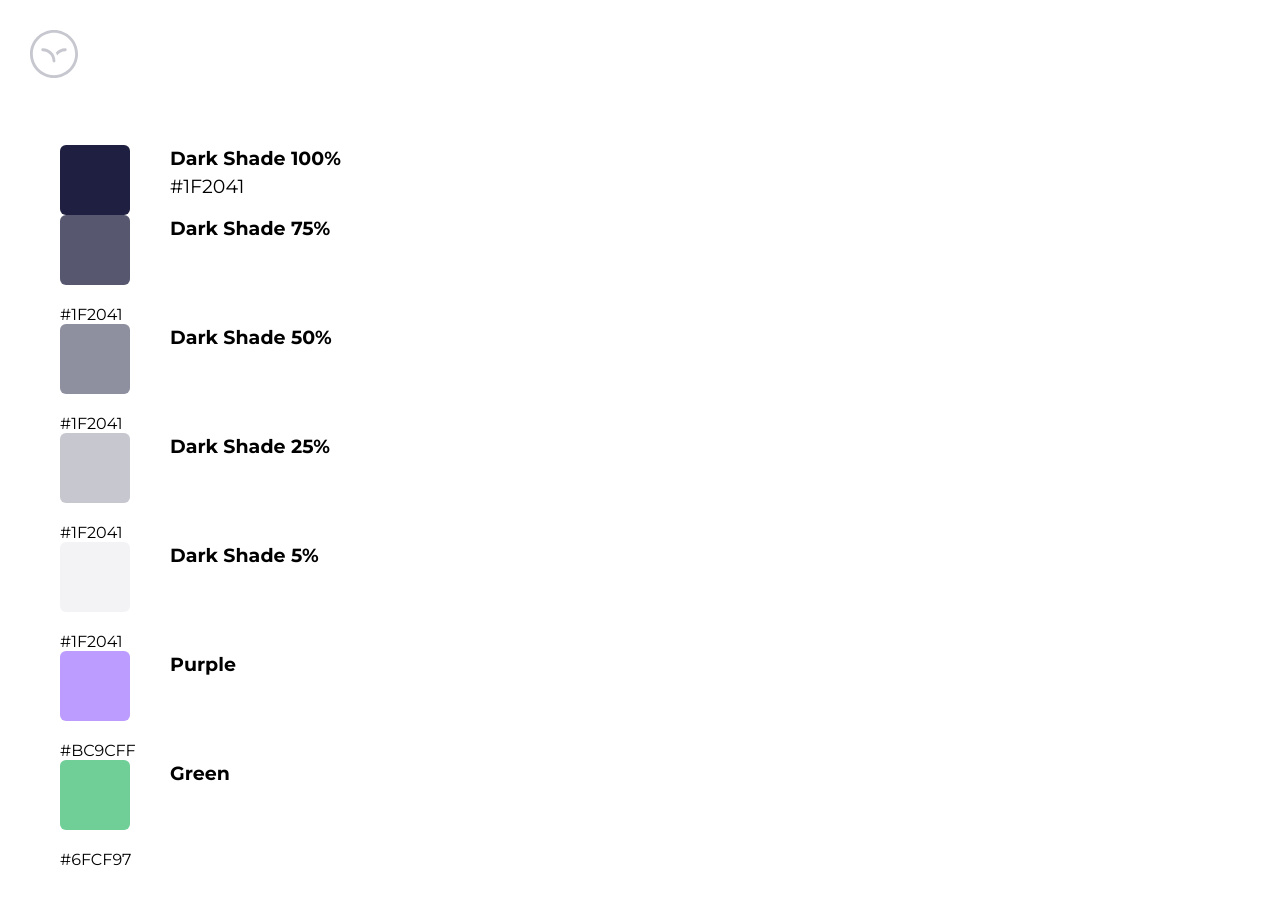
Repository: Inzhir2022/quatrain
Page: ui/index.html
These files come from the project's save history. The page is drawn as it stood at one moment and after the next save; the edit follows.
The browser window is 1280 px wide. The pictures show the whole page.

Above is the page before, as saved 2022-07-23 09:43:05.

After the next save:
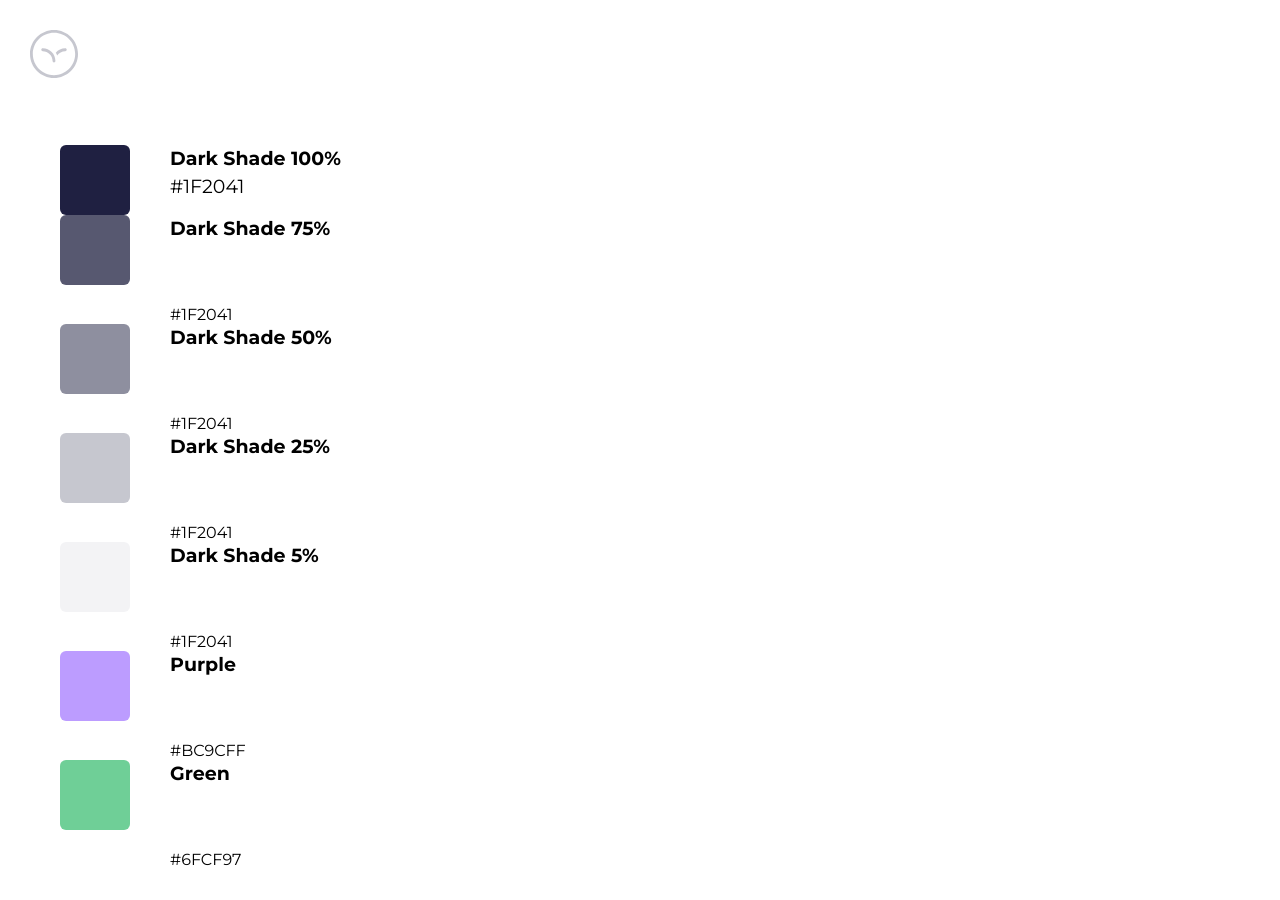
Saved 15 s later.
--- a/ui/style.css
+++ b/ui/style.css
@@ -86,6 +86,7 @@
 }
 
 .colors__subtitle {
+  grid-column: 2;
   display: block;
   font-weight: 400;
 }
